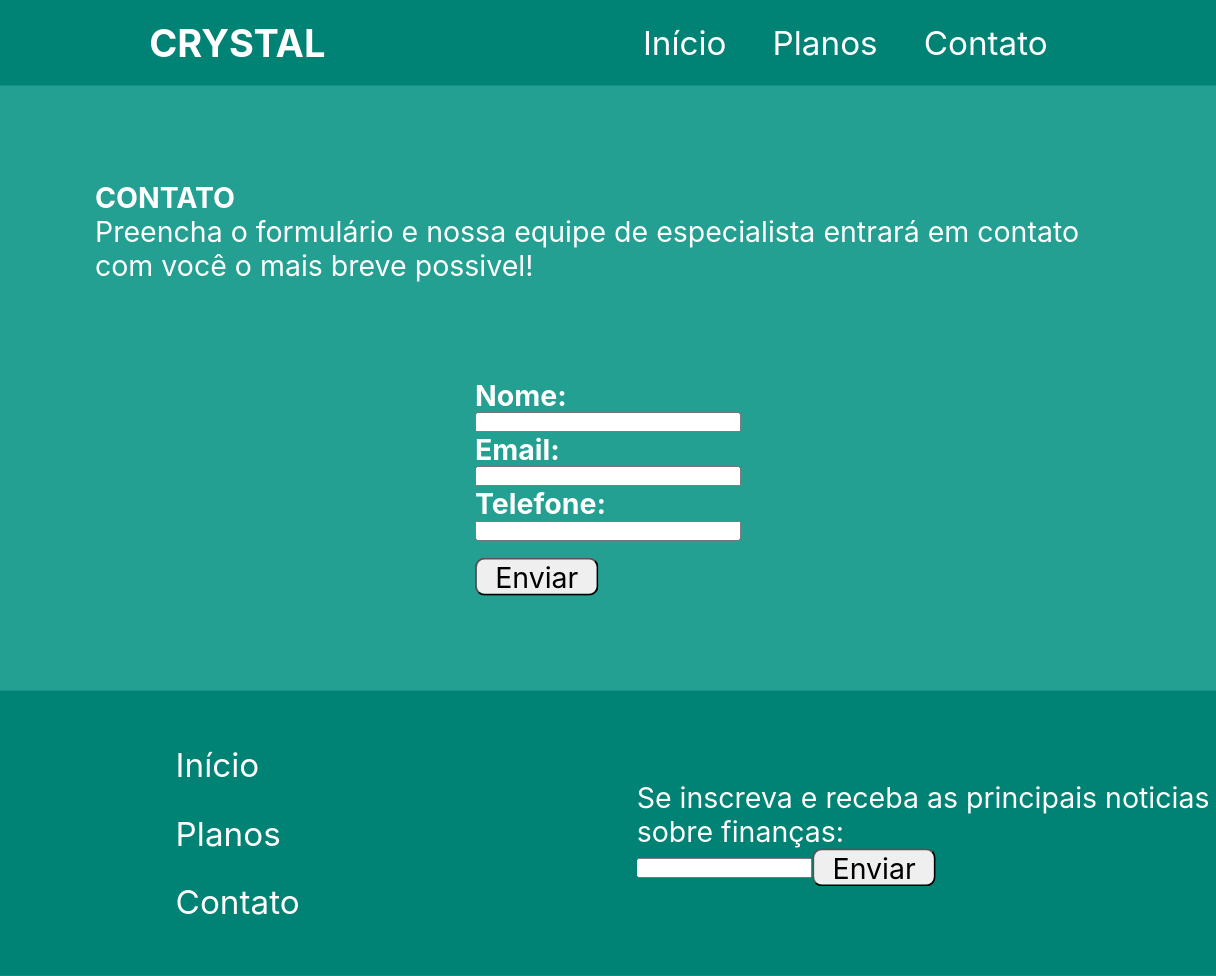
Repository: Matheus904-12/Crystallize
Page: contato.html
These files come from the project's save history. The page is drawn as it stood at one moment and after the next save; the edit follows.
The browser window is 1280 px wide. The pictures show the whole page, at 95% of full size.
Some web fonts or font styles are not loaded; a fallback is used.

Above is the page before, as saved 2023-07-24 20:49:10.

### contato.html
<!DOCTYPE html>
<html lang="pt-br">

<head>
    <meta charset="UTF-8">
    <meta name="viewport" content="width=device-width, initial-scale=1.0">

    <title>Crystal</title>

    <link rel="stylesheet" href="Style.css">
    <link rel="stylesheet" href="background.css">

</head>

<body>

    <header id="header">

        <h1 class="textoBranco logo">
            CRYSTAL
        </h1>

        <div class="textoBranco links">
            <a href="index.html" class="paginas">Início</a>
            <a href="index.html" class="paginas">Planos</a>
            <a href="#header" class="paginas">Contato</a>
        </div>

    </header>

    <body>

        <section class="caixa">

            <div class="comoContatar">
                <h2 class="textoBranco">CONTATO</h2>
                <p class="textoBranco">Preencha o formulário e nossa equipe de especialista entrará em contato com você
                    o
                    mais breve possivel!</p>
            </div>

            <div class="info">
                <h2 class="textoBranco">
                    Nome:
                </h2>
                <input class="email" type="text">

                <h2 class="textoBranco">
                    Email:
                </h2>
                <input class="email" type="email">

                <h2 class="textoBranco">
                    Telefone:
                </h2>
                <input class="email" type="number">

                <br>

                <button id="enviar">Enviar</button>
            </div>
        </section>

        <footer>
            <div class="textoBranco coluna">
                <a href="index.html" class="paginasVertical">Início</a>
                <a href="index.html" class="paginasVertical">Planos</a>
                <a href="#header" class="paginasVertical">Contato</a>
            </div>

            <div id="inscrever">
                <div class="coluna">
                    <p class="textoBranco" id="inscricao">Se inscreva e receba as principais noticias sobre finanças:
                    </p>
                    <br>
                    <br>
                    <br>
                    <br>
                    <div class="inscreverse">
                        <input class="email" type="email">

                        <button id="enviar">Enviar</button>
                    </div>
                </div>
            </div>
        </footer>
    </body>

</html>

### style.css
/* RESET */

* {
    margin: 0;
}

/* FIM RESET */

/* PADRAO */

@font-face {
    font-family: "inter";
    src: url(atributos/fontInter/Inter-VariableFont_slnt\,wght.ttf);
}

h2 {
    font-size: 35px;
    font-family: "inter";
}

.textoBranco {
    font-family: "inter";
    color: #fff;
    font-size: 30px;
}

.textoPadrao {
    font-family: "inter";
    font-size: 30px;
}

html {
    scroll-behavior: smooth;
}

/* FIM PADRAO */


/* HEADER */

#header {
    background-color: #008374;
    width: 100vw;
    height: 90px;

    display: flex;
    justify-content: space-around;
    align-items: center;

}

.logo {
    font-size: 40px;
    color: #fff;
  }



.paginas {
    font-size: 35px;
    color: #fff;
    text-decoration: none;
    padding: 0px 20px;
}

/* FIM HEADER */

/* DESTAQUE */

.destaque {
    display: flex;
    align-items: center;
    justify-content: space-around;
    width: 100vw;
    height: 560px;

    background-color: #23A092;
}

#titulo {
    font-family: "inter";
    font-size: 35px;

}

/* FIM DESTAQUE*/










/* PLANOS */

.planosOpc {
    position: absolute;
    display: flex;
    width: 100px;
    height: 200px;
    font-size: 18px;
    flex-wrap: wrap;
  }

  .planoTitulo {
    font-size: 24px;
    margin-top: 5px;
    padding: 0px 50px 0px 68.5px;
  }

  .planoTexto {
    padding: 0px 68.5px 0px 68.5px;
    font-size: 18px;
  }
/* FIM PLANOS */

/* OPCOES */

.opcoes {
    padding: 100px 0px;
    width: 100vw;
    display: flex;
    justify-content: space-around;
    text-align: center;
}

.faixa {
    width: 500px;
    height: 50px;

    background-color: #FF912D;
}

.faixaBasic {
    width: 500px;
    height: 50px;

    background-color: #F6A256;
}



.basic {
            background-color: #EDECEC;

            width: 500px;
            height: 650px;

            display: flex;
            justify-content: center;
            flex-direction: column;

            filter: drop-shadow(1px 0px 5px #000000);

        }

.desativado {
    color: #959292;
}

.premium {
            background-color: #EDECEC;

            width: 500px;
            height: 650px;

            display: flex;
            justify-content: center;
            flex-direction: column;

            filter: drop-shadow(1px 0px 5px #000000);
        }
/* FIM OPCOES */
/* RODAPE */

footer {
    width: 100vw;
    height: 300px;

    display: flex;
    align-items: center;
    justify-content: space-around;

    background-color: #008374;
}

 .coluna {
    display: flex;
    flex-direction: column;}


.paginasVertical {
    padding: 15px;
    font-size: 35px;
    color: #fff;
    text-decoration: none;
}

#inscrever {
    width: 440px;
    height: 300px;

    flex-direction: column;
    display: flex;
    align-content: center;
    justify-content: space-around;

}

#inscricao {
    position: absolute;
}

#email {
    width: 400px;
    height: 40px;
    border-radius: 10px;
}

#enviar {
    width: 130px;
    height: 40px;
    border-radius: 10px;
    font-size: 30px;
    font-family: "inter";
}

.inscreverse {
    display: flex;
    align-items: center;
}
/*Caxinhas*/
.box {
    width: 200px;
    height: 145px;
    border: 1px solid black;
    padding: 15px;
    margin: 10px;
    margin-top: -50px;
    background-color: #FFF;
  }

  .box h1 {
    font-size: 20px;
    font-weight: bold;
  }

  .box p {
    color: #000;
    font-family: Inter;
    font-size: 19px;
    font-style: normal;
    font-weight: 400;
    line-height: normal;
    margin-top: 30px;
    text-align: center;
  }

  .box img {
    width: 50px;
    height: 50px;
    float:inline-start;
    margin-right: 10px;
    margin-top: 80px;
  }

  .boxes {
    display: flex;
    justify-content: space-around;
    align-items: center;
    padding: 90px;
    margin-top: -90px;
  }

  .box img {
    display: block;
    margin: 0 auto;
  }

  .box {
    display: inline-block;
  }

  /* INFORMACOES */

.info {
    display: flex;
    flex-direction: column;

    margin: 100px 500px

}

.comoContatar {
    margin: 100px 100px
}
/* FIM INFORMACOES */

### background.css
/* CAIXA FUNDO */

body {
    background-color: #23A092;
}
/* FIM FUNDO */

#enviar {
    width: 130px;
    height: 40px;
    border-radius: 10px;
    font-size: 30px;
    font-family: "inter";
}

After the next save:
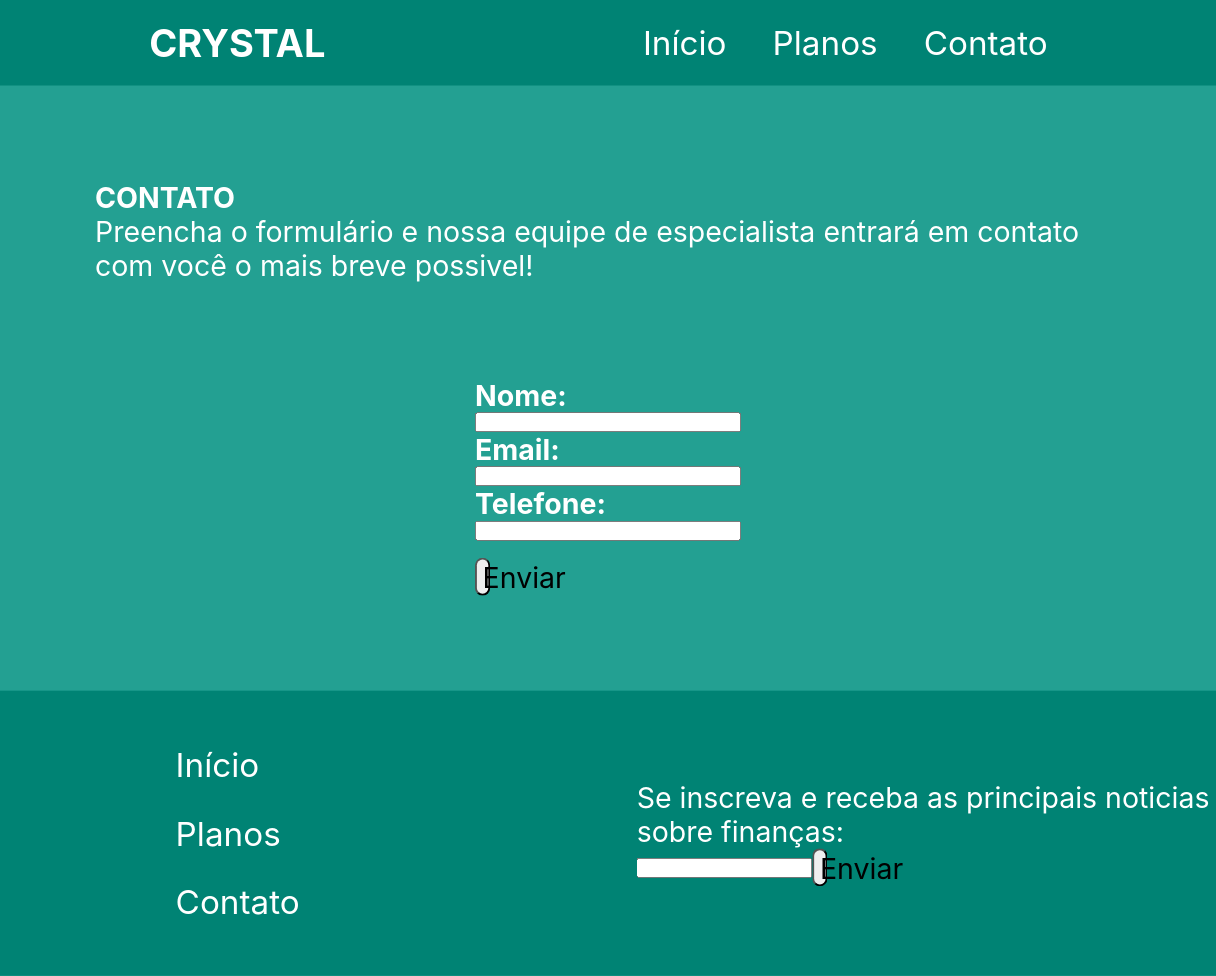
Saved 13 s later.
--- a/background.css
+++ b/background.css
@@ -6,7 +6,7 @@ body {
 /* FIM FUNDO */
 
 #enviar {
-    width: 130px;
+    width: 1px;
     height: 40px;
     border-radius: 10px;
     font-size: 30px;
